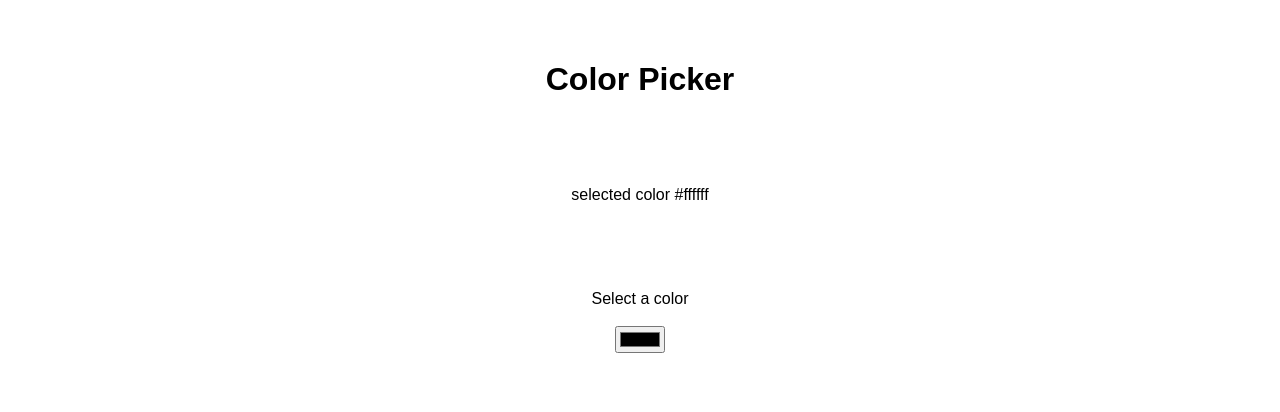
Repository: wakoya-tech/color-picker
Page: /
These files come from the project's save history. The page is drawn as it stood at one moment and after the next save; the edit follows.
The browser window is 1280 px wide. The pictures show the whole page.
The project was rebuilt for these pictures with package versions that can differ from the ones it lists, and the page was loaded fresh each time. Also part of the build but not shown: vite.config.js, src/index.css.

Above is the page before, as saved 2025-10-16 20:54:28.

### src/App.jsx
import { useState } from 'react'
import reactLogo from './assets/react.svg'
import './App.css'
import ColorPicker from './ColorPicker'

function App() {
return(<>

<ColorPicker/>
</>)
}

export default App

### src/App.css
body{
  background-color: white;
  color: black;
  font-family: Arial, Helvetica, sans-serif;
}
.color-picker-container{
  display: flex;
flex-direction: column;
align-items: center;

  padding: 30px;
  margin: 10px;
  font-size: 1rem;
  justify-items: center;
}
.color-display{
  padding: 30px 20px;
  border: none;
  border-radius: 25px;
  margin: 20px;
}
.yoom{
  display: flex;
  flex-direction: column;
  align-items: center;
  margin: 10px;
  padding: 10px;
}

### src/ColorPicker.jsx
import React, { useState } from 'react'

function ColorPicker() {
  const [color,setColor]=useState("#ffffff");
function handleColorChange(e)
{
  setColor(e.target.value);
}
  return (
    <div className='color-picker-container'>
<h1>Color Picker</h1>
<div className='color-display' style={{backgroundColor :color}}>
  <p>selected color {color}</p>
</div>
    <div className='yoom'>
      <label> Select a color</label><br />
      <input type="color" onChange={handleColorChange}/>
    </div>
    </div>
  )
}

export default ColorPicker

Loaded but not shown: index.html (common file); src/main.jsx (common file)

After the next save:
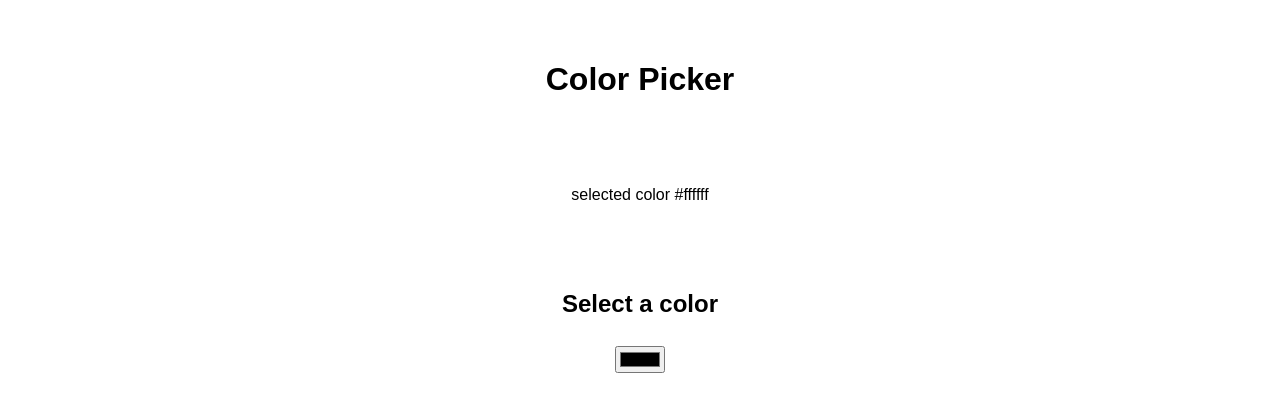
Saved 70 s later.
--- a/src/App.css
+++ b/src/App.css
@@ -26,3 +26,8 @@ align-items: center;
   margin: 10px;
   padding: 10px;
 }
+label{
+  font-size: 1.5rem;
+  font-weight: bold;
+  margin-bottom: 10px;
+}
